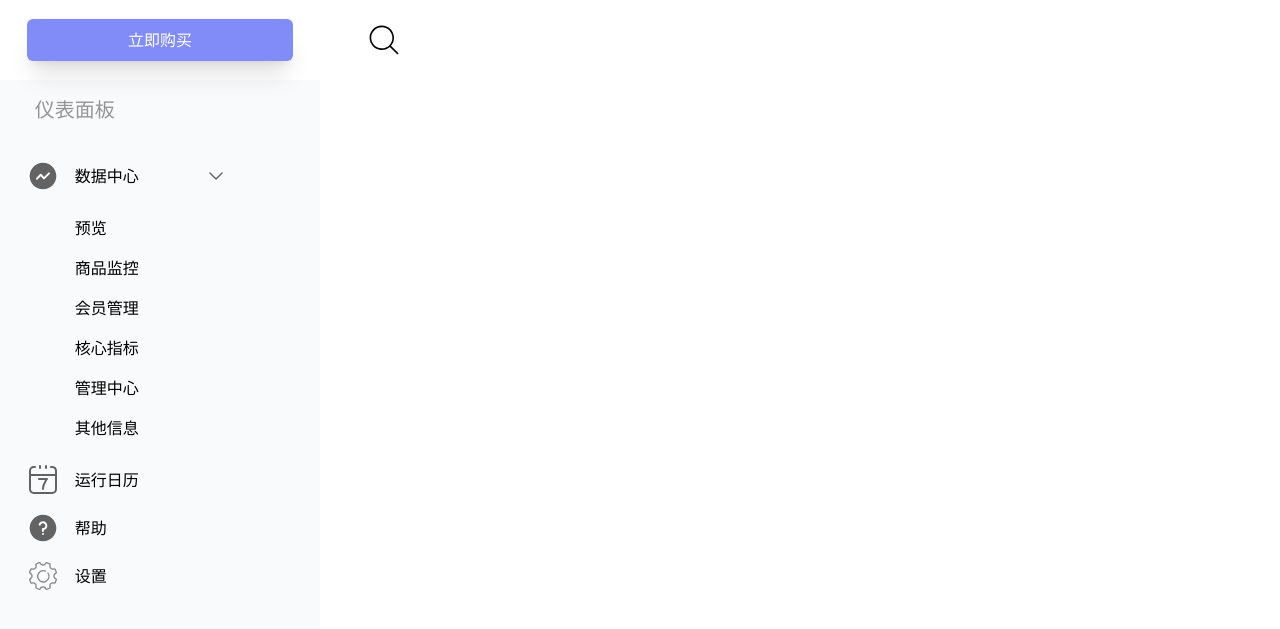
Repository: LiuRuohui/useWater
Page: /
These files come from the project's save history. The page is drawn as it stood at one moment and after the next save; the edit follows.
The browser window is 1280 px wide. The pictures show the whole page.
The project was rebuilt for these pictures with package versions that can differ from the ones it lists, and the page was loaded fresh each time. Also part of the build but not shown: vite.config.js.

Above is the page before, as saved 2022-04-06 09:34:39.

After the next save:
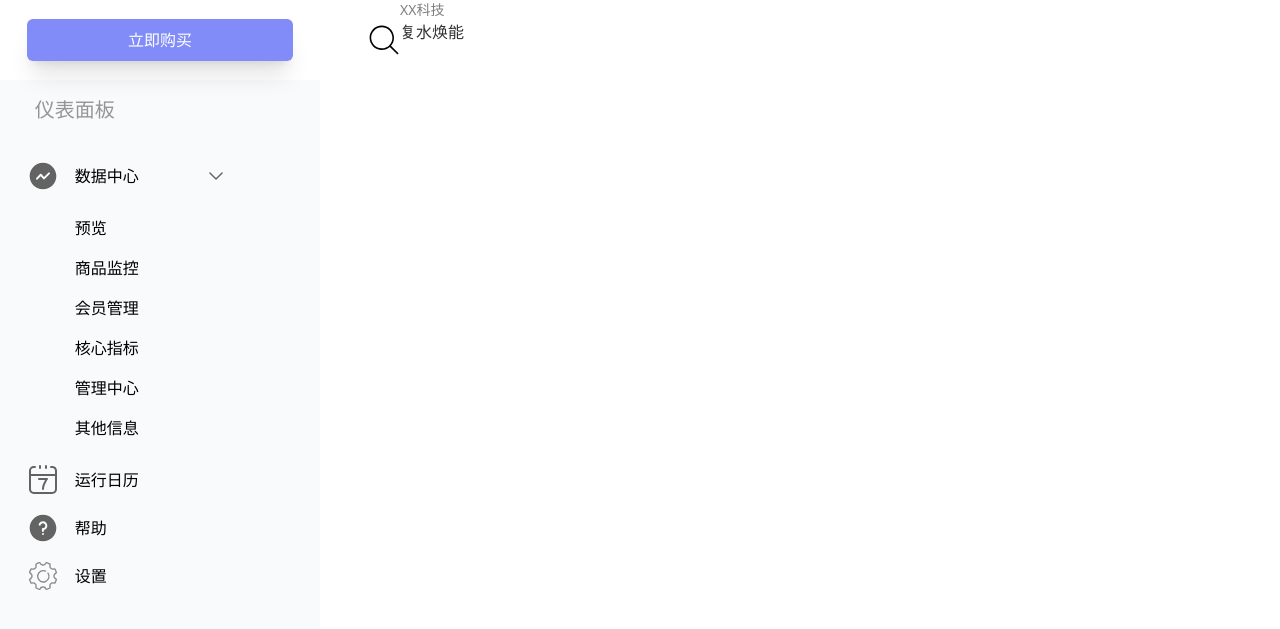
Saved 90 s later.
--- a/src/components/HelloWorld.vue
+++ b/src/components/HelloWorld.vue
@@ -47,7 +47,11 @@
   </div>
   <div class="flex flex-grow flex-col">
       <div class="flex flex-row h-24">
-        <img src="../assets/搜索.svg" alt="" class="h-8 mt-6 pl-12">
+          <img src="../assets/搜索.svg" alt="" class="h-8 mt-6 pl-12">
+          <div class="flex flex-col">
+              <div class="text-sm opacity-50">XX科技</div>
+              <div class="text-md opacity-80">复水焕能</div>
+          </div>
       </div>
   </div>
 </div>
